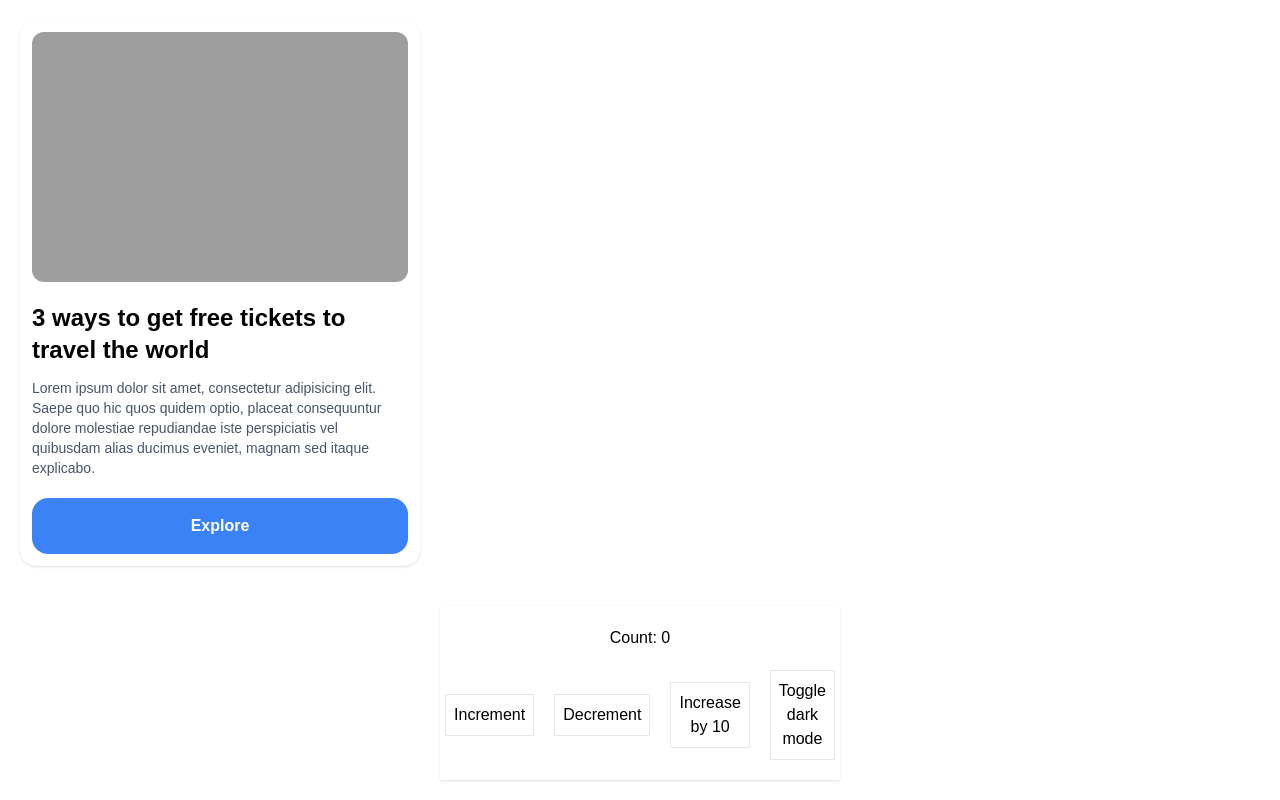
Repository: ngothiep2412/react-redux-course
Page: /
An editor plug-in stored every save of this project. The page is shown before and after the next save, followed by the edit.
The browser window is 1280 px wide. The pictures show the whole page.
Pictures or frames that could not be fetched are drawn as grey boxes. The project was rebuilt for these pictures with package versions that can differ from the ones it lists, and the page was loaded fresh each time. Also part of the build but not shown: src/App.css.

Above is the page before, as saved 2022-08-09 19:04:04.

### src/index.js
import React from "react";
import { createRoot } from "react-dom/client";
import App from "./App";
import reportWebVitals from "./reportWebVitals";
import "./index.css";
import { Provider } from "react-redux";
import store from "./redux-toolkit/configureStore";

const container = document.getElementById("root");
const root = createRoot(container);

root.render(
  <React.StrictMode>
    <Provider store={store}>
      <App />
    </Provider>
  </React.StrictMode>
);

// If you want to start measuring performance in your app, pass a function
// to log results (for example: reportWebVitals(console.log))
// or send to an analytics endpoint. Learn more: https://bit.ly/CRA-vitals
reportWebVitals();

### src/App.js
import React from "react";
import { useSelector } from "react-redux";
import "./App.css";
import Card from "./components/Card";
import Counter from "./components/Counter";
function App() {
  const globalOption = useSelector((state) => state.global);
  console.log(globalOption);
  return (
    <div>
      <Card></Card>
      <Counter></Counter>
    </div>
  );
}

export default App;

### src/index.css
@tailwind base;
@tailwind components;
@tailwind utilities;
@layer base {
  body {
    padding: 20px;
    font-family: "DM sans", sans-serif;
  }
  input {
    outline: none;
  }
}

### src/redux-toolkit/configureStore.js
import { configureStore, combineReducers } from "@reduxjs/toolkit";
import counterSlice from "./counterSlice";
import globalSlice from "./globalSlice";

const reducer = combineReducers({
  counter: counterSlice,
  global: globalSlice,
});

const store = configureStore({
  reducer: reducer,
});

export default store;

### src/components/Card.js
import React from "react";

const Card = () => {
  return (
    <div className="w-[400px] bg-white p-3 rounded-2xl shadow dark:bg-slate-900">
      <div className="card-image h-[250px] mb-5">
        <img
          src="https://cdn.dribbble.com/users/2400293/screenshots/16378193/media/e9ad5ebe9dd6822be9ee622c7465d9e5.png?compress=1&resize=1200x900&vertical=top"
          alt=""
          className="object-cover w-full h-full rounded-xl"
        />
      </div>
      <div className="card-content">
        <h3 className="mb-3 text-2xl font-bold card-title dark:text-white">
          3 ways to get free tickets to travel the world
        </h3>
        <p className="mb-5 text-sm text-slate-600 card-desc dark:text-slate-100">
          Lorem ipsum dolor sit amet, consectetur adipisicing elit. Saepe quo
          hic quos quidem optio, placeat consequuntur dolore molestiae
          repudiandae iste perspiciatis vel quibusdam alias ducimus eveniet,
          magnam sed itaque explicabo.
        </p>
        <a
          href="/#"
          className="block p-4 font-semibold text-center text-white bg-blue-500 card-details rounded-2xl"
        >
          Explore
        </a>
      </div>
    </div>
  );
};

export default Card;

### src/components/Counter.js
import React, { useEffect } from "react";
import { useSelector, useDispatch } from "react-redux";
import useDarkMode from "../hooks/useDarkMode";
import {
  decrement,
  increment,
  incrementByAmount,
} from "../redux-toolkit/counterSlice";
import { toggleDarkMode } from "../redux-toolkit/globalSlice";
// import { decrement, increment, incrementByValue } from "../redux/counter";
const Counter = () => {
  const count = useSelector((state) => state.counter.count);
  const dispatch = useDispatch();
  const handleIncrement = () => {
    dispatch(increment());
  };
  const handleDecrement = () => {
    dispatch(decrement());
  };
  const handleIncrementByValue = () => {
    dispatch(incrementByAmount(10));
  };
  return (
    <div className="flex flex-col items-center p-5 bg-white shadow w-[400px] mx-auto mt-10">
      <h2 className="mb-5">Count: {count}</h2>
      <div className="flex items-center justify-center gap-x-5">
        <button
          className="inline-block p-2 border border-gray-200"
          onClick={handleIncrement}
        >
          Increment
        </button>
        <button
          className="inline-block p-2 border border-gray-200"
          onClick={handleDecrement}
        >
          Decrement
        </button>
        <button
          className="inline-block p-2 border border-gray-200"
          onClick={handleIncrementByValue}
        >
          Increase by 10
        </button>
        <SwitchDarkMode></SwitchDarkMode>
      </div>
    </div>
  );
};
function SwitchDarkMode() {
  const [darkMode, setDarkMode] = useDarkMode();
  const dispatch = useDispatch();
  useEffect(() => {
    dispatch(toggleDarkMode(darkMode));
    // eslint-disable-next-line react-hooks/exhaustive-deps
  }, []);
  const handleToggleDarkMode = () => {
    setDarkMode(!darkMode);
    dispatch(toggleDarkMode(!darkMode));
  };
  return (
    <button
      className="inline-block p-2 border border-gray-200"
      onClick={handleToggleDarkMode}
    >
      Toggle dark mode
    </button>
  );
}
export default Counter;

### src/redux-toolkit/counterSlice.js
import { createSlice } from "@reduxjs/toolkit";

const counterSlice = createSlice({
  name: "counter",
  initialState: {
    count: 0,
  },
  reducers: {
    increment: (state) => ({
      ...state,
      count: state.count + 1,
    }),
    decrement: (state) => ({
      ...state,
      count: state.count - 1,
    }),
    // incrementByAmount: (state, actions) => ({
    //   ...state,
    //   count: state.count + actions.payload,
    // }),
    incrementByAmount: (state, { payload }) => ({
      //Handle logic code here
      ...state,
      count: state.count + payload,
    }),
    decrementByAmout: (state, actions) => ({
      ...state,
      count: state.count - actions.payload,
    }),
  },
});
//Action creators are generated for each case reducer function
export const { increment, decrement, incrementByAmount, decrementByAmout } =
  counterSlice.actions;
export default counterSlice.reducer;

### src/redux-toolkit/globalSlice.js
import { createSlice } from "@reduxjs/toolkit";

const globalSlice = createSlice({
  name: "global",
  initialState: {
    darkMode: false,
  },
  reducers: {
    toggleDarkMode: (state, { payload }) => {
      return {
        ...state,
        darkMode: payload,
      };
    },
  },
});
export const { toggleDarkMode } = globalSlice.actions;
export default globalSlice.reducer;

### src/hooks/useDarkMode.js
import { useEffect } from "react";
import useLocalStorage from "./useLocalStorage";
import useMedia from "./useMedia";

export default function useDarkMode() {
  // Use our useLocalStorage hook to persist state through a page refresh.
  // Read the recipe for this hook to learn more: usehooks.com/useLocalStorage
  const [enabledState, setEnabledState] = useLocalStorage("dark-mode-enabled");
  // See if user has set a browser or OS preference for dark mode.
  // The usePrefersDarkMode hook composes a useMedia hook (see code below).
  // const prefersDarkMode = usePrefersDarkMode();
  // If enabledState is defined use it, otherwise fallback to prefersDarkMode.
  // This allows user to override OS level setting on our website.
  const enabled = typeof enabledState !== "undefined" ? enabledState : false;
  // Fire off effect that add/removes dark mode class
  useEffect(
    () => {
      const className = "dark";
      const element = window.document.documentElement;
      if (enabled) {
        element.classList.add(className);
      } else {
        element.classList.remove(className);
      }
    },
    [enabled] // Only re-call effect when value changes
  );
  // Return enabled state and setter
  return [enabled, setEnabledState];
}
// Compose our useMedia hook to detect dark mode preference.
// The API for useMedia looks a bit weird, but that's because ...
// ... it was designed to support multiple media queries and return values.
// Thanks to hook composition we can hide away that extra complexity!
// Read the recipe for useMedia to learn more: usehooks.com/useMedia
function usePrefersDarkMode() {
  return useMedia(["(prefers-color-scheme: dark)"], [true], false);
}

### src/hooks/useLocalStorage.js
import { useState } from "react";

export default function useLocalStorage(key, initialValue) {
  // State to store our value
  // Pass initial state function to useState so logic is only executed once
  const [storedValue, setStoredValue] = useState(() => {
    if (typeof window === "undefined") {
      return initialValue;
    }
    try {
      // Get from local storage by key
      const item = window.localStorage.getItem(key);
      // Parse stored json or if none return initialValue
      return item ? JSON.parse(item) : initialValue;
    } catch (error) {
      // If error also return initialValue
      console.log(error);
      return initialValue;
    }
  });
  // Return a wrapped version of useState's setter function that ...
  // ... persists the new value to localStorage.
  const setValue = (value) => {
    try {
      // Allow value to be a function so we have same API as useState
      const valueToStore =
        value instanceof Function ? value(storedValue) : value;
      // Save state
      setStoredValue(valueToStore);
      // Save to local storage
      if (typeof window !== "undefined") {
        window.localStorage.setItem(key, JSON.stringify(valueToStore));
      }
    } catch (error) {
      // A more advanced implementation would handle the error case
      console.log(error);
    }
  };
  return [storedValue, setValue];
}

### src/hooks/useMedia.js
import { useEffect, useState } from "react";

export default function useMedia(queries, values, defaultValue) {
  // Array containing a media query list for each query
  const mediaQueryLists = queries.map((q) => window.matchMedia(q));
  // Function that gets value based on matching media query
  const getValue = () => {
    // Get index of first media query that matches
    const index = mediaQueryLists.findIndex((mql) => mql.matches);
    // Return related value or defaultValue if none
    return typeof values[index] !== "undefined" ? values[index] : defaultValue;
  };
  // State and setter for matched value
  const [value, setValue] = useState(getValue);
  useEffect(
    () => {
      // Event listener callback
      // Note: By defining getValue outside of useEffect we ensure that it has ...
      // ... current values of hook args (as this hook callback is created once on mount).
      const handler = () => setValue(getValue);
      // Set a listener for each media query with above handler as callback.
      mediaQueryLists.forEach((mql) => mql.addListener(handler));
      // Remove listeners on cleanup
      return () =>
        mediaQueryLists.forEach((mql) => mql.removeListener(handler));
    },
    [] // Empty array ensures effect is only run on mount and unmount
  );
  return value;
}

Loaded but not shown: public/index.html (common file); src/reportWebVitals.js (common file); tailwind.config.js (common file)

After the next save:
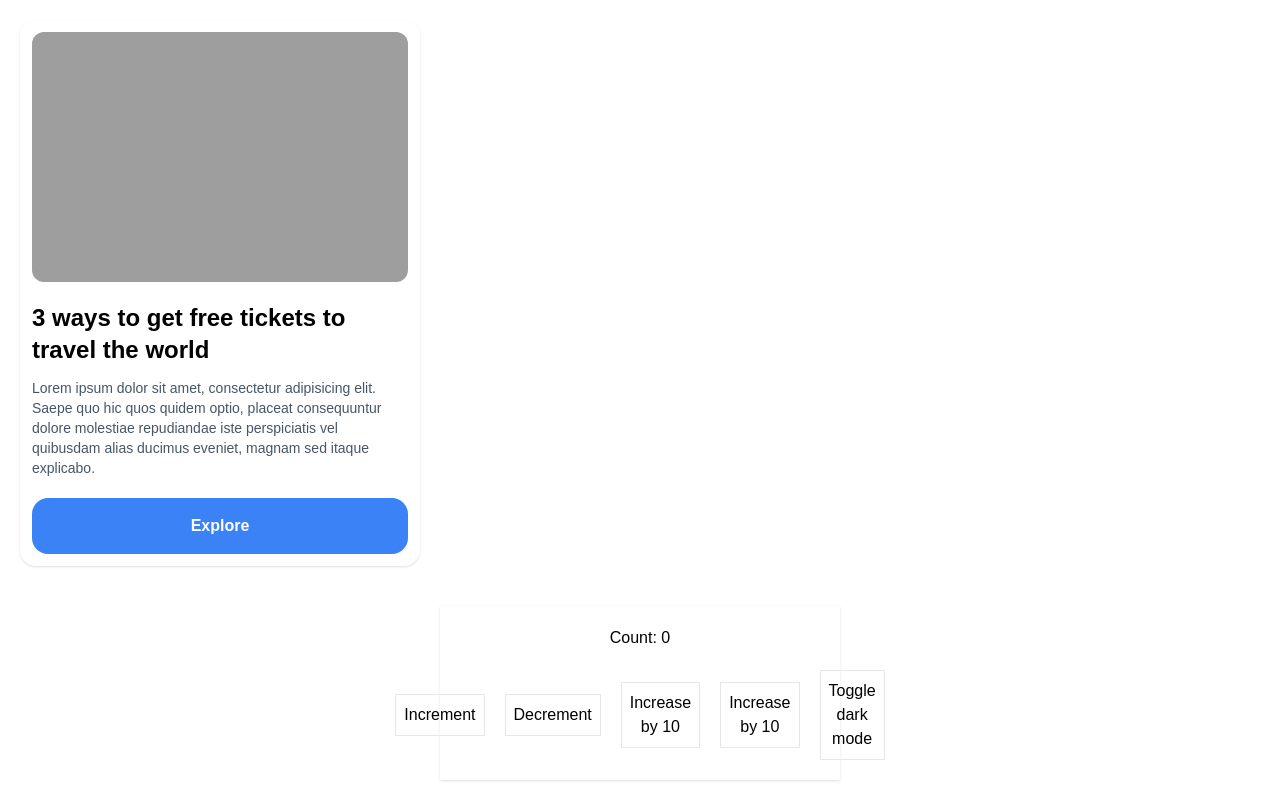
Saved 14 s later.
--- a/src/components/Counter.js
+++ b/src/components/Counter.js
@@ -42,6 +42,12 @@ const Counter = () => {
         >
           Increase by 10
         </button>
+        <button
+          className="inline-block p-2 border border-gray-200"
+          onClick={handleIncrementByValue}
+        >
+          Increase by 10
+        </button>
         <SwitchDarkMode></SwitchDarkMode>
       </div>
     </div>
